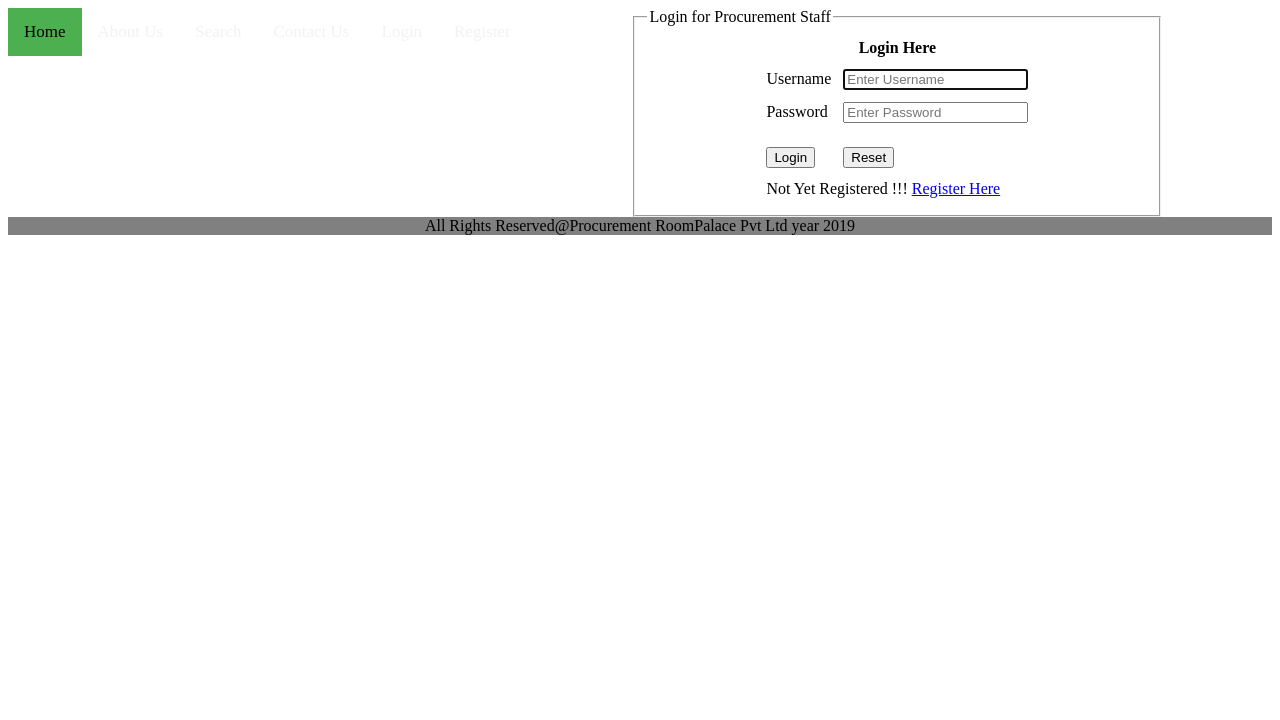
Repository: nirmaniPathiranage/CSSE-Procurement-Management
Page: http://localhost/Item_Management/Login.jsp
These files come from the project's save history. The page is drawn as it stood at one moment and after the next save; the edit follows.
The browser window is 1280 px wide. The pictures show the whole page.
The page is served by Tomcat 9. Other server files are loaded and not shown.

Above is the page before, as saved 2019-09-29 17:07:58.

### Item_Management/WebContent/Login.jsp
<%@ page language="java" contentType="text/html; charset=ISO-8859-1"
	pageEncoding="ISO-8859-1"%>
<!DOCTYPE html>
<html>
<head>
<meta http-equiv="Content-Type" content="text/html; charset=ISO-8859-1">
<title>Login</title>
<style>
header{
background-size: cover;
border-radius:8px;
height:700px;
width:100%;
opacity:1;
}

.topnav a{
float:left;
color:#f2f2f2;
text-align:center;
padding:14px 16px;
text-decoration:none;
font-size:17px;
}

.topnav a:hover{
background-color:#ddd;
color:black;
}

.topnav a.active{
background-color:#4CAF50;
color:black;
}
</style>
<script>
	function validate() {
		var username = document.form.username.value;
		var password = document.form.password.value;

		if (username == null || username == "") {
			alert("Username cannot be blank");
			return false;
		} else if (password == null || password == "") {
			alert("Password cannot be blank");
			return false;
		}
	}
</script>
</head>
<body>
<div class = "topnav">
<a class = "active"  href="HomePage.jsp">Home</a>
			<a href="###">About Us</a>
			<a href="###">Search</a>
			<a href="###">Contact Us</a>
			<font align:right>
			<a href="Login.jsp">Login</a>
			<a href="Register.jsp">Register</a>
			</font>
</div>
	<form name="form" action="LoginServlet" method="post"
		onsubmit="return validate()">
		<center>
			<fieldset style="width: 500px">
				<legend> Login for Procurement Staff</legend>
				<table border="0" width="50%" cellpadding="5">
					<tr>
						<th colspan="2">Login Here</th>
					</tr>
					<tbody>
						<tr>
							<td>Username</td>
							<td><input type="text" name="username" value="" autofocus
								placeholder="Enter Username" autocomplete="off" required /></td>
						</tr>
						<tr>
							<td>Password</td>
							<td><input type="password" name="password" value=""
								placeholder="Enter Password" autocomplete="off" required /></td>
						</tr>
						<tr>
							<td><span style="color: red"><%=(request.getAttribute("errMessage") == null) ? "" : request.getAttribute("errMessage")%></span></td>
						</tr>
						<tr>
							<td><input type="submit" value="Login"></input></td>
							<td><input type="reset" value="Reset"></input></td>
						</tr>
						<tr>
							<td colspan="2">Not Yet Registered !!! <a
								href="Register.jsp">Register Here</a></td>
						</tr>
					</tbody>
				</table>
			</fieldset>
		</center>
	</form>
	<footer><div align="center" style ="background-color:#808080">All Rights Reserved@Procurement RoomPalace Pvt Ltd year 2019</footer>
</body>
</html>

After the next save:
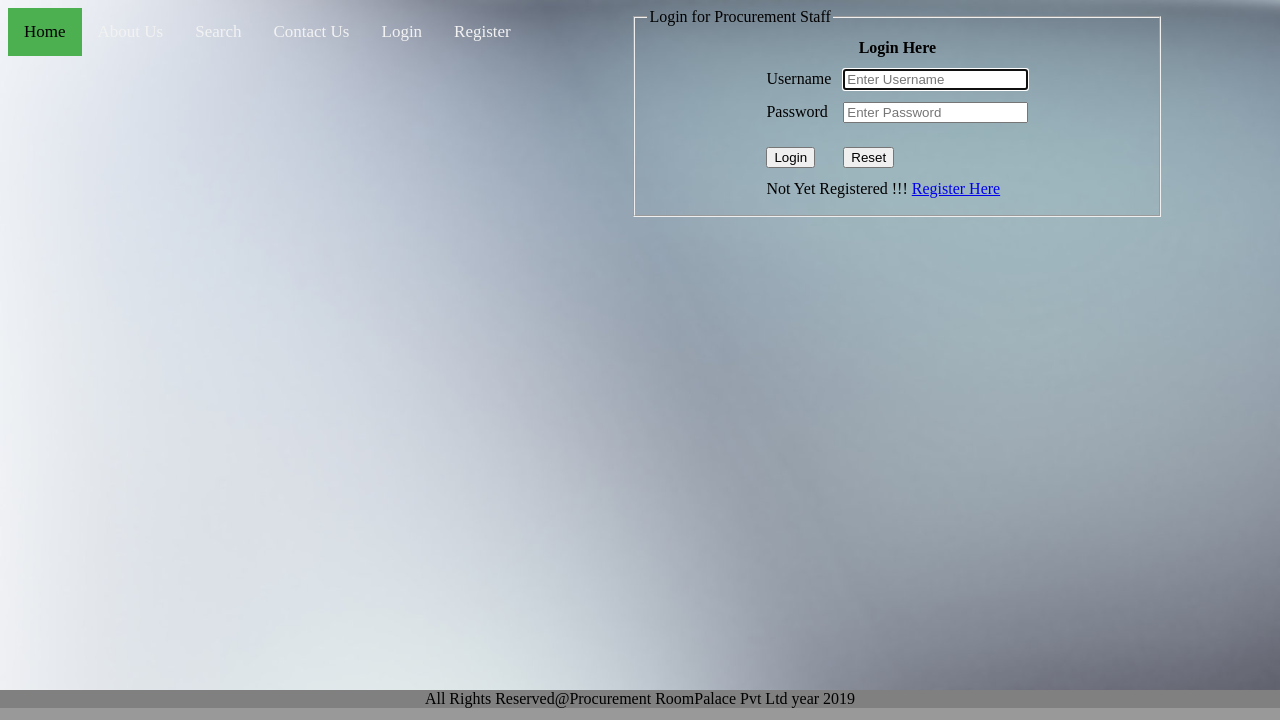
Saved 3 min 42 s later.
--- a/Item_Management/WebContent/Login.jsp
+++ b/Item_Management/WebContent/Login.jsp
@@ -6,13 +6,6 @@
 <meta http-equiv="Content-Type" content="text/html; charset=ISO-8859-1">
 <title>Login</title>
 <style>
-header{
-background-size: cover;
-border-radius:8px;
-height:700px;
-width:100%;
-opacity:1;
-}
 
 .topnav a{
 float:left;
@@ -32,6 +25,22 @@ color:black;
 background-color:#4CAF50;
 color:black;
 }
+
+footer {
+   position:fixed;
+   left:0px;
+   bottom:0px;
+   height:30px;
+   width:100%;
+   background:#999;
+}
+
+body{
+
+	background:url('bg1.jpg');
+	background-size: cover;
+}
+
 </style>
 <script>
 	function validate() {
@@ -49,6 +58,7 @@ color:black;
 </script>
 </head>
 <body>
+
 <div class = "topnav">
 <a class = "active"  href="HomePage.jsp">Home</a>
 			<a href="###">About Us</a>
@@ -95,6 +105,7 @@ color:black;
 			</fieldset>
 		</center>
 	</form>
+	<br><br><br>
 	<footer><div align="center" style ="background-color:#808080">All Rights Reserved@Procurement RoomPalace Pvt Ltd year 2019</footer>
 </body>
 </html>
